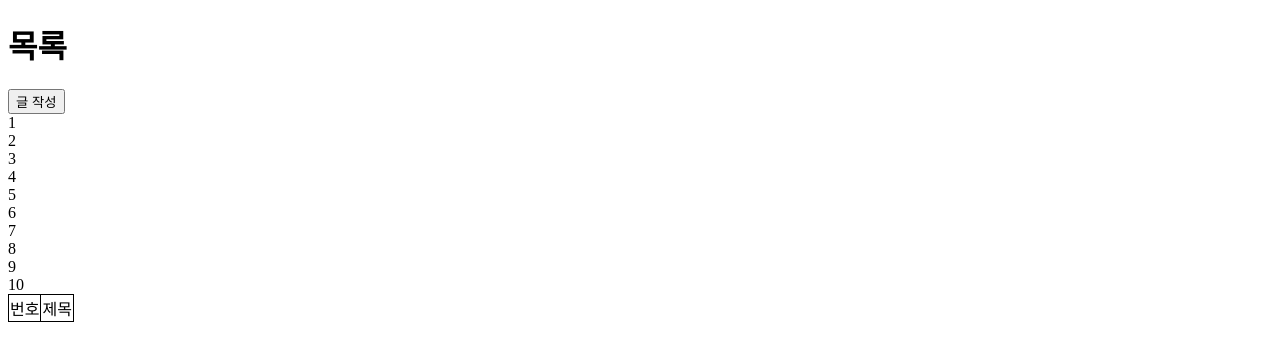
Repository: jennienterry/Board
Page: http://localhost/BoardVer2/list
The author's editor kept a copy of each file at every save. The page is drawn from the files as they stood at one save, then again after the next save.
The browser window is 1280 px wide. The pictures show the whole page.
The page is served by Tomcat 9. Other server files are loaded and not shown.

Above is the page before, as saved 2021-04-28 06:16:45.

### WebWorkspace/BoardVer2/src/main/webapp/WEB-INF/jsp/list.jsp
<%@ page language="java" contentType="text/html; charset=UTF-8"
	pageEncoding="UTF-8"%>

<%@ taglib uri="http://java.sun.com/jsp/jstl/core" prefix="c"%>
<!-- 명령어 시작은 c -->

<!DOCTYPE html>
<html>
<head>
<meta charset="UTF-8">
<title>목록</title>
<style>
table, th, td {
	border: 1px solid black;
	border-collapse: collapse;
}
</style>
</head>
<body>
	<h1>목록</h1>
	<a href="/write"><button>글 작성</button></a>

	<c:forEach var="i" begin="1" end="10"> <!-- 변수명, 목록데이터,  / 음수값ㄴㄴ -->
	<!-- end는 종료값 , 배수 step="2"-->
		<div>${i}</div> <!-- 어딘가(pageContext) setAttribute가 있다는 의미가 된다. -->
	</c:forEach>

	<table>
	<tr>
	<td>번호</td>
	<td>제목</td>
	</tr>
	<c:forEach var="item" items="${list}" varStatus="status">

	<tr>
	<td>${status.index}</td>
	<td>${item.title}</td>
	</tr>
	</c:forEach>
	</table>

</body>
</html>

### WebWorkspace/BoardVer2/src/main/java/com/koreait/board2/BoardListServlet.java
package com.koreait.board2;

import java.io.IOException;
import java.util.List;

import javax.servlet.ServletException;
import javax.servlet.annotation.WebServlet;
import javax.servlet.http.HttpServlet;
import javax.servlet.http.HttpServletRequest;
import javax.servlet.http.HttpServletResponse;

@WebServlet("/list")
public class BoardListServlet extends HttpServlet {
	private static final long serialVersionUID = 1L;


	protected void doGet(HttpServletRequest request, HttpServletResponse response) throws ServletException, IOException {
		List<BoardVO> list = Database.db;
		request.setAttribute("list",list);

		String jsp = "WEB-INF/jsp/list.jsp";
		request.getRequestDispatcher(jsp).forward(request, response);
	}
	protected void doPost(HttpServletRequest request, HttpServletResponse response) throws ServletException, IOException {

	}

}

### WebWorkspace/BoardVer2/src/main/java/com/koreait/board2/Database.java
package com.koreait.board2;

import java.util.ArrayList;
import java.util.List;

public class Database {
	public static List<BoardVO> db = new ArrayList();

}

After the next save:
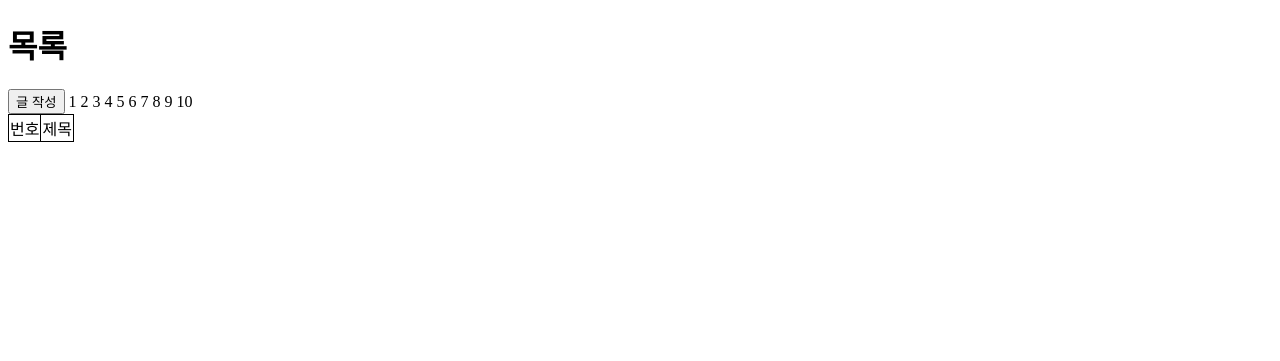
Saved 3 min 36 s later.
--- a/WebWorkspace/BoardVer2/src/main/webapp/WEB-INF/jsp/list.jsp
+++ b/WebWorkspace/BoardVer2/src/main/webapp/WEB-INF/jsp/list.jsp
@@ -22,7 +22,7 @@ table, th, td {
 
 	<c:forEach var="i" begin="1" end="10"> <!-- 변수명, 목록데이터,  / 음수값ㄴㄴ -->
 	<!-- end는 종료값 , 배수 step="2"-->
-		<div>${i}</div> <!-- 어딘가(pageContext) setAttribute가 있다는 의미가 된다. -->
+		<span>${i}</span> <!-- 어딘가(pageContext) setAttribute가 있다는 의미가 된다. -->
 	</c:forEach>
 
 	<table>
@@ -30,7 +30,7 @@ table, th, td {
 	<td>번호</td>
 	<td>제목</td>
 	</tr>
-	<c:forEach var="item" items="${list}" varStatus="status">
+	<c:forEach var="item" items="${list}" varStatus="status"> <!-- 상대값을 저장하는 것, 몇번째 인덱스인지 찍어줌 -->
 
 	<tr>
 	<td>${status.index}</td>
